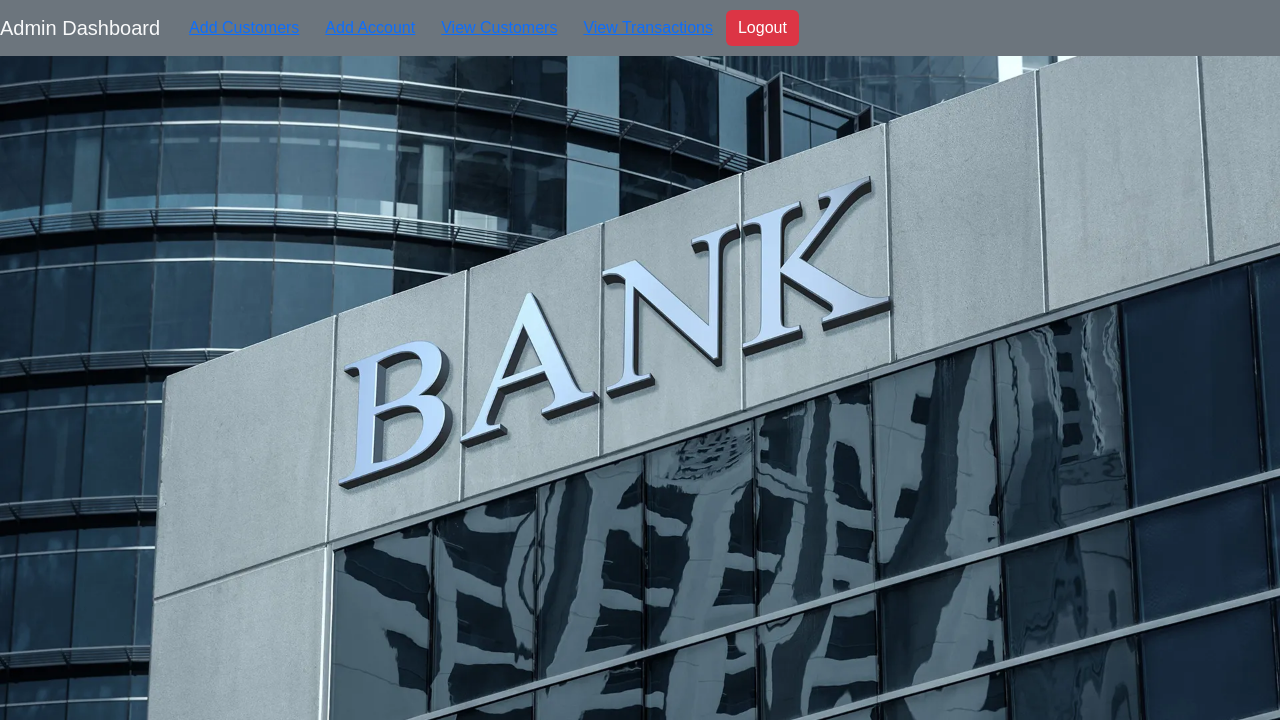
Repository: prathamsuhasia/swabhav-mini-project
Page: http://localhost/01-mini-project/Admin.jsp
An editor plug-in stored every save of this project. The page is shown before and after the next save, followed by the edit.
The browser window is 1280 px wide. The pictures show the whole page.
The page is served by Tomcat 9. The session is filled in as if someone had signed in: {"username": "testuser", "admin": "admin"}. Other server files are loaded and not shown.

Above is the page before, as saved 2024-08-15 15:56:46.

### 01-mini-project/WebContent/Admin.jsp
<%@ page language="java" contentType="text/html; charset=ISO-8859-1" pageEncoding="ISO-8859-1"%>
<%
response.setHeader("Cache-Control", "no-cache, no-store, must-revalidate");
response.setHeader("Pragma", "no-cache");
response.setDateHeader("Expires", 0);
%>
<%
HttpSession sessions = request.getSession(false);
if (session == null || !"admin".equals(session.getAttribute("admin"))) {
    // No session or user not logged in, redirect to the login page
    response.sendRedirect("Index.jsp");
    return;
}
%>
<!DOCTYPE html>
<html>
<head>
    <meta http-equiv="Content-Type" content="text/html; charset=ISO-8859-1">
    <title>Dashboard</title>
    <link href="https://cdn.jsdelivr.net/npm/bootstrap@5.3.0/dist/css/bootstrap.min.css" rel="stylesheet">
    <style>
        body {
            background-image: url('Bank.webp');
            background-size: cover;

            color: #fff;
            font-family: Arial, sans-serif;
        }

        .navbar-brand {
            color: #f8f9fa;
        }
        .navbar-nav .nav-link {
            color: #f8f9fa !important;
        }
        .navbar-nav .nav-link:hover {
            color: #e9ecef !important;
        }
        .btn-logout {
            background-color: #dc3545;
            border: none;
            color: #fff;
        }
        .btn-logout:hover {
            background-color: #c82333;
            color: #fff;
        }
        .container {
            background-color: rgba(0, 0, 0, 0.5);
            padding: 20px;
            border-radius: 10px;
        }
    </style>
</head>
<body>
    <nav class="navbar navbar-expand-lg navbar-dark bg-secondary">
        <a class="navbar-brand" href="#">Admin Dashboard</a>
        <div class="collapse navbar-collapse">
            <ul class="navbar-nav mr-auto">
                <li class="nav-item">
                    <form action="AdminController" method="post" class="nav-item">
                        <button type="submit" name="action" value="AddCustomers" class="btn btn-link">Add Customers</button>
                    </form>
                </li>
                <li class="nav-item">
                    <form action="AdminController" method="post" class="nav-item">
                        <button type="submit" name="action" value="AddAccount" class="btn btn-link">Add Account</button>
                    </form>
                </li>
                <li class="nav-item">
                    <form action="AdminController" method="post" class="nav-item">
                        <button type="submit" name="action" value="ViewCustomers" class="btn btn-link">View Customers</button>
                    </form>
                </li>
                <li class="nav-item">
                    <form action="AdminController" method="post" class="nav-item">
                        <button type="submit" name="action" value="ViewTransactions" class="btn btn-link">View Transactions</button>
                    </form>
                </li>
            </ul>
            <form action="LogoutServlet" class="ml-auto">
                <button type="submit" class="btn btn-logout">Logout</button>
            </form>
        </div>
    </nav>

    <script src="https://code.jquery.com/jquery-3.6.0.min.js"></script>
    <script src="https://cdn.jsdelivr.net/npm/bootstrap@5.3.0/dist/js/bootstrap.bundle.min.js"></script>
</body>
</html>

After the next save:
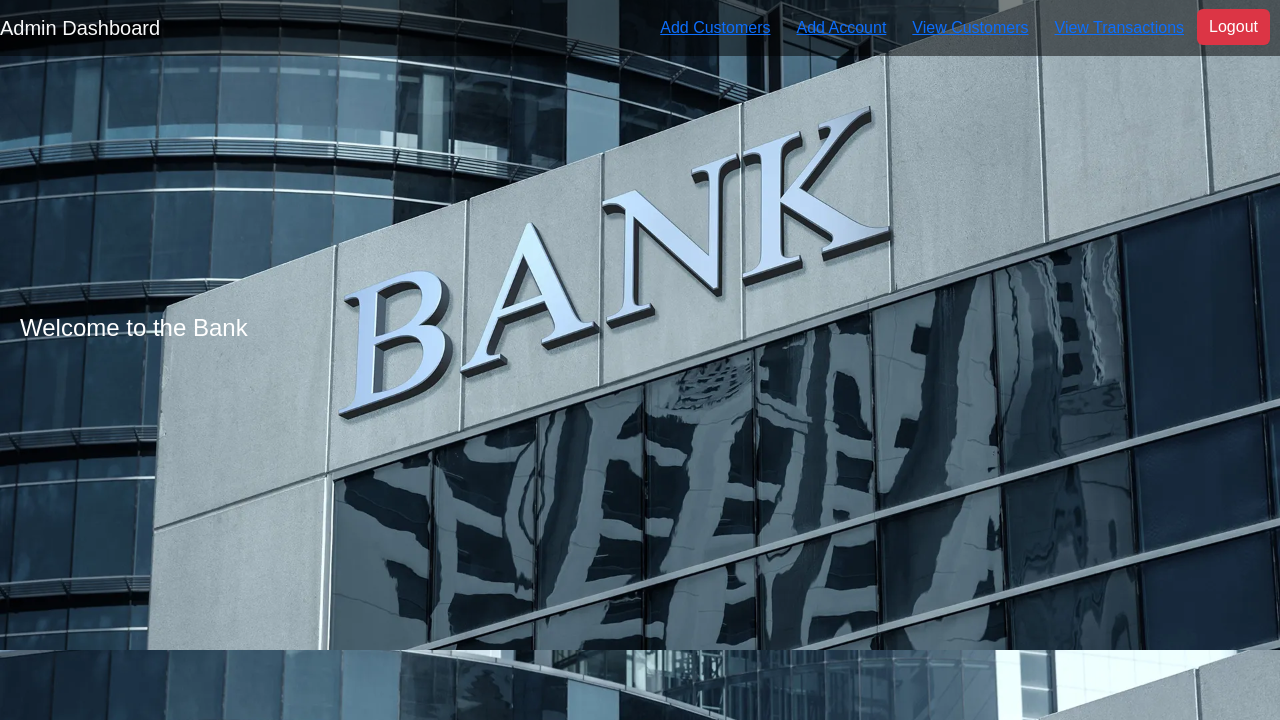
Saved 9 min 53 s later.
--- a/01-mini-project/WebContent/Admin.jsp
+++ b/01-mini-project/WebContent/Admin.jsp
@@ -22,11 +22,14 @@ if (session == null || !"admin".equals(session.getAttribute("admin"))) {
         body {
             background-image: url('Bank.webp');
             background-size: cover;
-
+            background-position: center;
             color: #fff;
             font-family: Arial, sans-serif;
         }
-
+        .navbar {
+            background-color: rgba(0, 0, 0, 0.5);
+            margin-bottom: 20px;
+        }
         .navbar-brand {
             color: #f8f9fa;
         }
@@ -40,23 +43,32 @@ if (session == null || !"admin".equals(session.getAttribute("admin"))) {
             background-color: #dc3545;
             border: none;
             color: #fff;
+            margin-right: 10px;
         }
         .btn-logout:hover {
             background-color: #c82333;
             color: #fff;
         }
+        .welcome-message {
+            display: flex;
+            align-items: center;
+            height: 70vh;
+            justify-content: flex-start;
+            padding-left: 20px;
+            font-size: 24px;
+        }
         .container {
-            background-color: rgba(0, 0, 0, 0.5);
+            background-color: rgba(0, 0, 0, 0.6);
             padding: 20px;
             border-radius: 10px;
         }
     </style>
 </head>
 <body>
-    <nav class="navbar navbar-expand-lg navbar-dark bg-secondary">
+    <nav class="navbar navbar-expand-lg">
         <a class="navbar-brand" href="#">Admin Dashboard</a>
-        <div class="collapse navbar-collapse">
-            <ul class="navbar-nav mr-auto">
+        <div class="collapse navbar-collapse justify-content-end">
+            <ul class="navbar-nav">
                 <li class="nav-item">
                     <form action="AdminController" method="post" class="nav-item">
                         <button type="submit" name="action" value="AddCustomers" class="btn btn-link">Add Customers</button>
@@ -77,12 +89,17 @@ if (session == null || !"admin".equals(session.getAttribute("admin"))) {
                         <button type="submit" name="action" value="ViewTransactions" class="btn btn-link">View Transactions</button>
                     </form>
                 </li>
+                <li class="nav-item">
+                    <form action="LogoutServlet">
+                        <button type="submit" class="btn btn-logout">Logout</button>
+                    </form>
+                </li>
             </ul>
-            <form action="LogoutServlet" class="ml-auto">
-                <button type="submit" class="btn btn-logout">Logout</button>
-            </form>
         </div>
     </nav>
+    <div class="welcome-message">
+        Welcome to the Bank
+    </div>
 
     <script src="https://code.jquery.com/jquery-3.6.0.min.js"></script>
     <script src="https://cdn.jsdelivr.net/npm/bootstrap@5.3.0/dist/js/bootstrap.bundle.min.js"></script>
